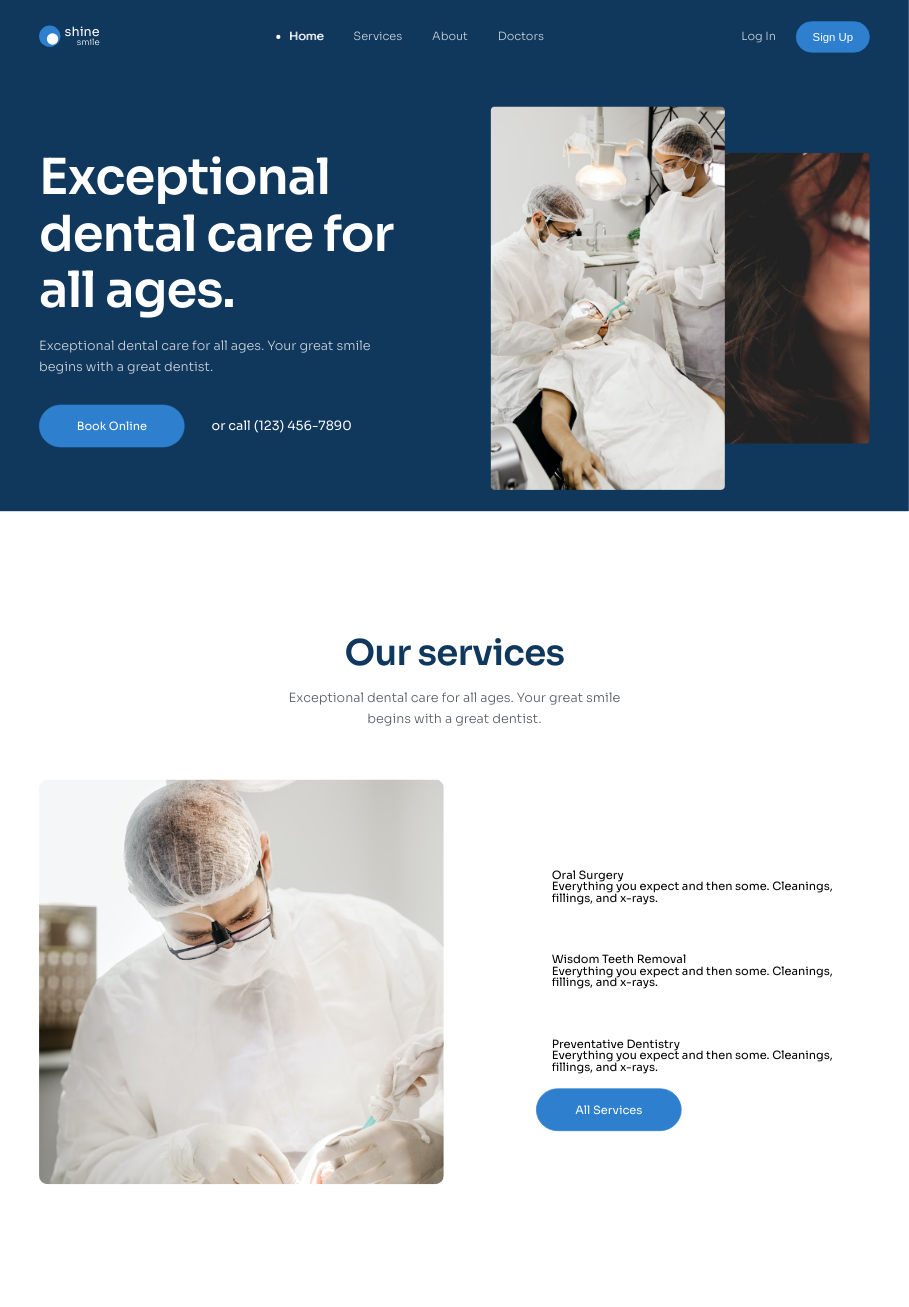
Repository: anhtien111198/f8-htmlcss-03
Page: index.html
An editor plug-in stored every save of this project. The page is shown before and after the next save, followed by the edit.
The browser window is 1280 px wide. The pictures show the whole page, at 71% of full size.

Above is the page before, as saved 2023-05-12 16:57:17.

After the next save:
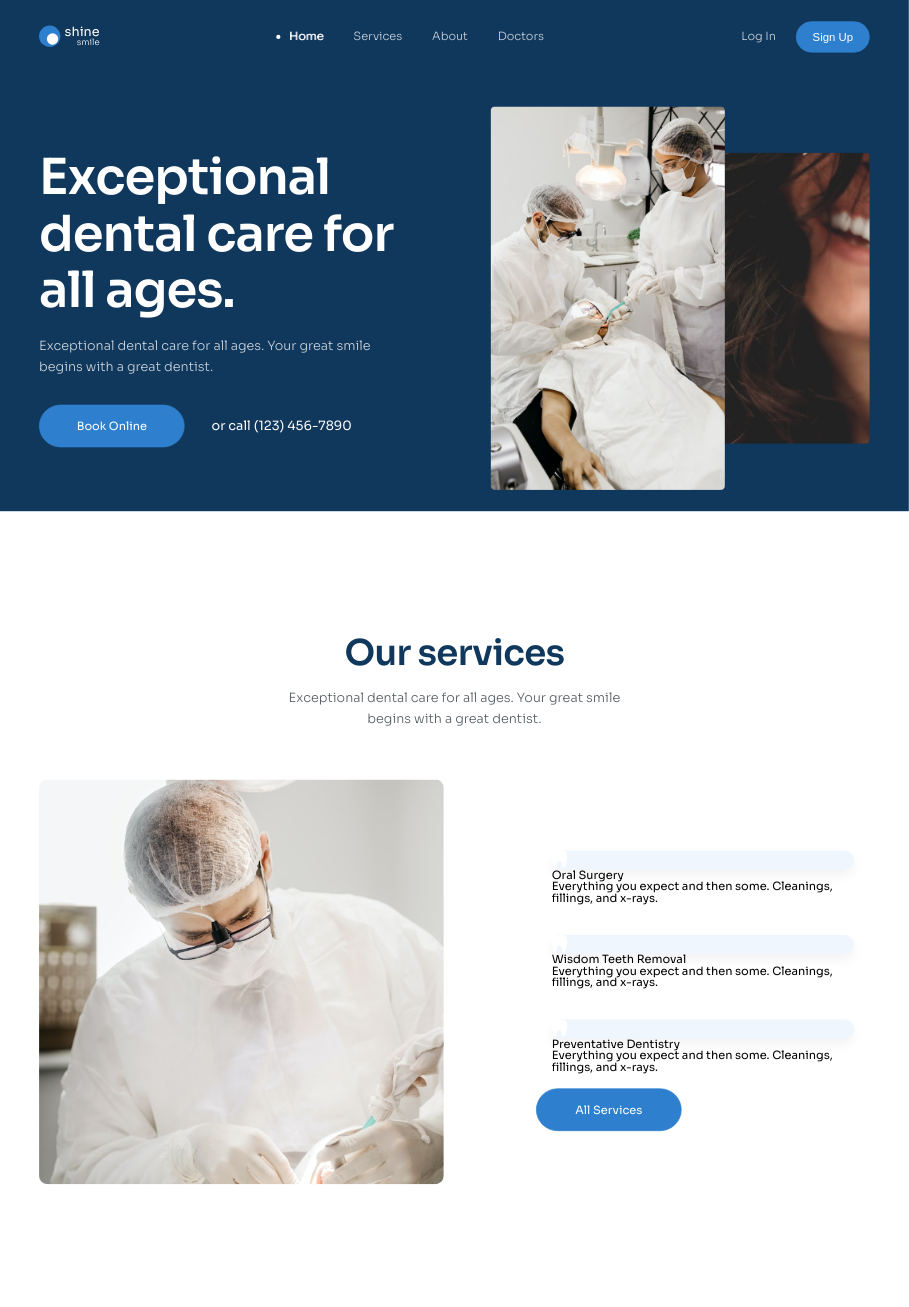
Saved 2 min 8 s later.
--- a/assets/css/style.css
+++ b/assets/css/style.css
@@ -231,3 +231,8 @@ a {
     background: #ffffff;
     border-radius: 10px;
 }
+.service-item__icon-wrap {
+    background: #eff6fd;
+    box-shadow: 0px 8px 16px rgba(0, 0, 0, 0.05);
+    border-radius: 30px;
+}
